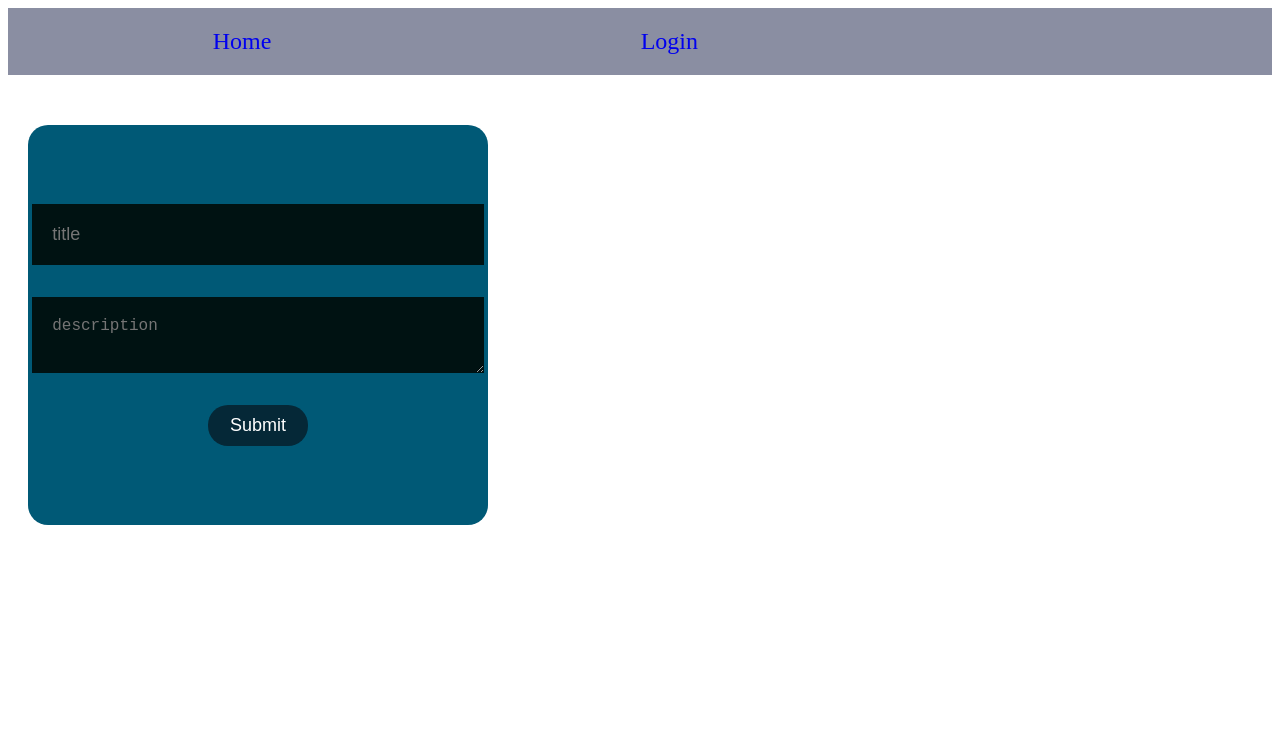
Repository: albinsabu2023/postapp
Page: /createpost
These files come from the project's save history. The page is drawn as it stood at one moment and after the next save; the edit follows.
The browser window is 1280 px wide. The pictures show the whole page.
The project was rebuilt for these pictures with package versions that can differ from the ones it lists, and the page was loaded fresh each time. Also part of the build but not shown: src/index.css, src/Components/main/PostCard.css, src/Components/main/PostCard.tsx, src/Components/main/Home.css, src/Components/main/Home.tsx, src/Components/Login.tsx.

Above is the page before, as saved 2024-02-06 03:21:17.

After the next save:
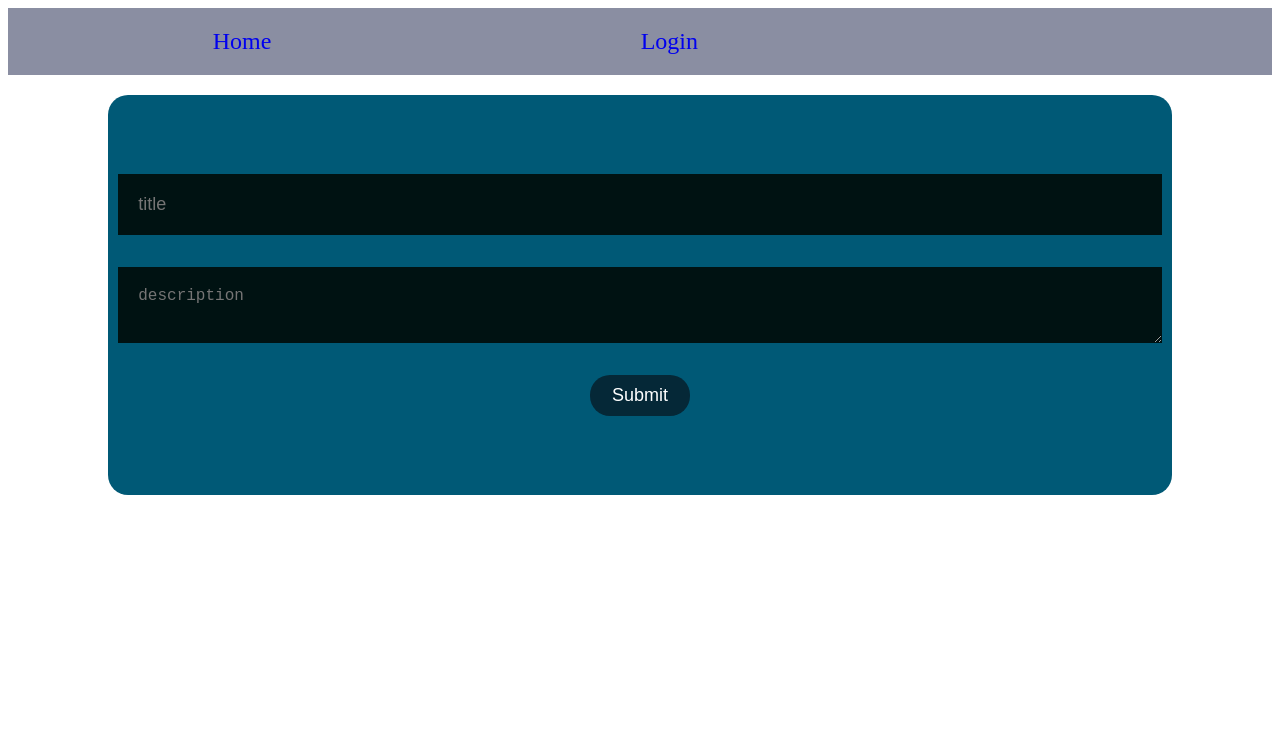
Saved 12 s later.
--- a/src/create-post/CreatePost.css
+++ b/src/create-post/CreatePost.css
@@ -2,6 +2,5 @@
    display:flex;
    align-items: center;
    justify-content: center;
-   height: 500px;
-   width:500px ;
+
 }
